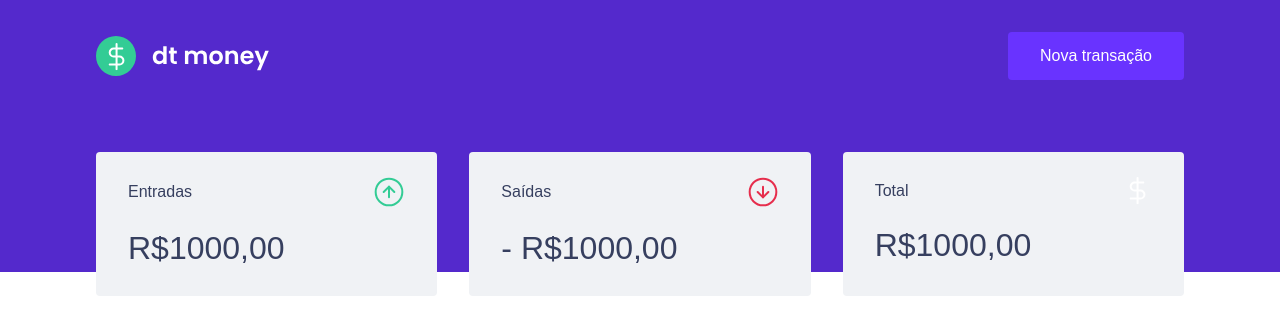
Repository: joaovnogueira/dtmoney
Page: /
These files come from the project's save history. The page is drawn as it stood at one moment and after the next save; the edit follows.
The browser window is 1280 px wide. The pictures show the whole page.
The project was rebuilt for these pictures with package versions that can differ from the ones it lists, and the page was loaded fresh each time.

Above is the page before, as saved 2022-06-21 14:43:24.

### src/index.tsx
import React from 'react';
import ReactDOM from 'react-dom/client';
import { App }  from './App';

const root = ReactDOM.createRoot(
  document.getElementById('root') as HTMLElement
);
root.render(
  <React.StrictMode>
    <App />
  </React.StrictMode>
);

### src/App.tsx
import { GlobalStyle } from "./assets/styles/global";
import { Dashboard } from "./components/dashboard";
import { Header } from "./components/header";

export function App() {
  return (
      <>
        <GlobalStyle/>
        <Header/>
        <Dashboard/>
      </>

  );
}

### src/assets/styles/global.ts
import { createGlobalStyle } from "styled-components";

export const GlobalStyle = createGlobalStyle`
    :root {
        --red: #E62E4D;
        --blue: #5429CC;
        --blue-light: #6933FF;
        -green: #33CC95;

        --text-title: #363F5F;
        --text-body: #969CB3;
        --shape: #FFFFFF;
        --background: #F0F2F5;
    }
    *{
        margin: 0;
        padding: 0;
        box-sizing: border-box;
    }

    html {
        @media (max-width: 1080px) {
            font-size: 93.75%; // 15px
        }
        @media (max-width: 720px) {
            font-size: 87.5%; // 14px
        }
    }

    //REM = 1rem = 16px (tamanho da fonte)

    body{
        background-color: var (--background);
        -webkit-font-smoothing: antialiased;
    }

    body, input, textarea, button {
        font-family: 'Poppins', sans-serif;
        font-weight: 400;
    }

    h1, h2, h3, h4, h5, h6, strong {
        font-weight: 600;
    }
    button {
        cursor: pointer;
    }
    [disabled] {
        opacity: 0.6;
        cursor: not-allowed;
    }

`

### src/components/dashboard/index.tsx
import { Summary } from "../summary";
import { Container } from "./styles";

export function Dashboard (){
    return (
        <Container>
            <Summary />
        </Container>
    );
}

### src/components/header/index.tsx
import logoImg from '../../assets/logo.svg'
import { Container, Content } from './styles'

export function Header (){
    return(
        <Container>
            <Content>
                <img src={logoImg} alt="dtmoney" />
                <button type="button">
                    Nova transação
                </button>
            </Content>
        </Container>
    );
}

### src/components/summary/index.tsx
import { Container } from "./styles";
import incomeImg from '../../assets/income.svg';
import outcomeImg from '../../assets/outcome.svg';
import totalImg from '../../assets/total.svg'

export function Summary(){
    return(
        <Container>
            <div>
                <header>
                    <p>Entradas</p>
                    <img src={incomeImg} alt="Entradas" />
                </header>
                <strong>R$1000,00</strong>
            </div>
            <div>
                <header>
                    <p>Saídas</p>
                    <img src={outcomeImg} alt="Saídas" />
                </header>
                <strong>- R$1000,00</strong>
            </div>
            <div>
                <header>
                    <p>Total</p>
                    <img src={totalImg} alt="Total" />
                </header>
                <strong>R$1000,00</strong>
            </div>
        </Container>
    );
}

### src/components/dashboard/styles.ts
import styled from 'styled-components'

export const Container = styled.main`
    max-width: 1120px;
    margin: 0 auto;
    padding: 2.5rem 1rem;
`;

### src/components/header/styles.ts
import styled from 'styled-components'

export const Container = styled.header`
    background: var(--blue);
`

export const Content = styled.div`
    max-width: 1120px;
    margin: 0 auto;
    padding: 2rem 1rem 12rem;
    display: flex;
    align-items: center;
    justify-content: space-between;

    button {
        font-size: 1rem;
        color: #FFF;
        background: var(--blue-light);
        border: 0;
        padding: 0 2rem;
        border-radius: 0.25rem;
        height: 3rem;

        transition: filter 0.2s;

        &:hover{
            filter: brightness(0.9);
        }
    }
`

### src/components/summary/styles.ts
import styled from 'styled-components'

export const Container = styled.div`
    display: grid;
    grid-template-columns: repeat(3,1fr);
    gap: 2rem;
    margin-top: -10rem;

    div {
        background: var(--background);
        padding: 1.5rem 2rem;
        border-radius: 0.25rem;
        color: var(--text-title);

        header{
            display: flex;
            align-items: center;
            justify-content: space-between;
        }

        strong {
            display: block;
            margin-top: 1rem;
            font-size: 2rem;
            font-weight: 500;
            line-height: 3rem;
        }

    }
`;

After the next save:
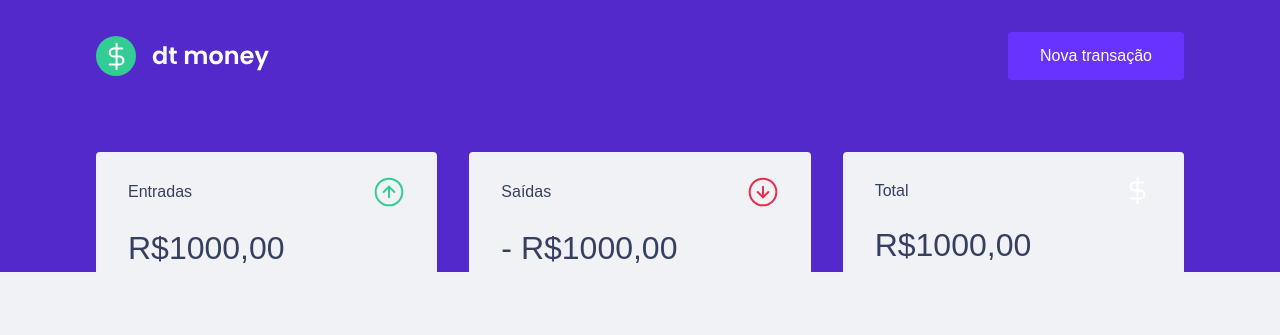
Saved 15 s later.
--- a/src/assets/styles/global.ts
+++ b/src/assets/styles/global.ts
@@ -30,7 +30,7 @@ export const GlobalStyle = createGlobalStyle`
     //REM = 1rem = 16px (tamanho da fonte)
 
     body{
-        background-color: var (--background);
+        background-color: #F0F2F5;
         -webkit-font-smoothing: antialiased;
     }
 
